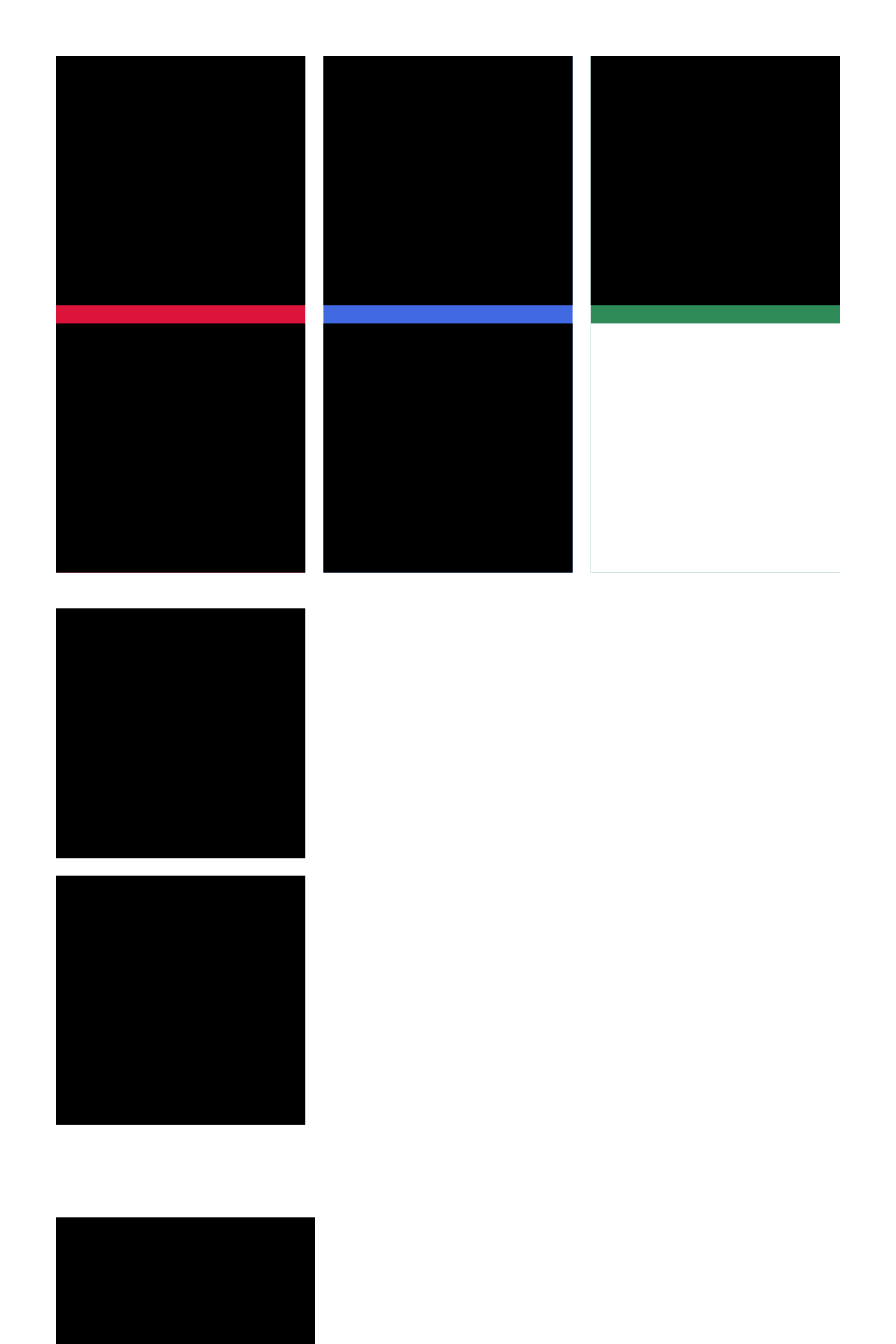
Repository: brunrhb/oce-p
Page: index.html
The author's editor kept a copy of each file at every save. The page is drawn from the files as they stood at one save, then again after the next save.
The browser window is 1280 px wide. The pictures show the part of the page from y = 0 to 1920 px (the page is 2462 px tall before and 4725 px after), at 70% of full size.

Above is the page before, as saved 2025-06-14 18:32:55.
Console error: SyntaxError: Unexpected identifier 'C'

### index.html
<!DOCTYPE html>
<html lang="fr">
<head>
  <meta charset="UTF-8">
  <meta name="viewport" content="width=device-width, initial-scale=1.0">
  <title>Grid 3 colonnes avec placeholders</title>
  <link rel="stylesheet" href="styles.css">
  <script defer src="content.js"></script>
</head>
<body>

<div class="allproject">

<section PROJET 1 LIASONS VEGETALES>

  <div class="p1">
    <div class="grid-p1s1" id="partie1">

<div class="col-p1s1-1">
  <div class="media-block-p1s1">
    <div class="placeholder-p1s1"></div>
    <p class="credit" data-content="p1s1-credit1"></p>
  </div>

  <div class="media-block-p1s1">
    <div class="placeholder-p1s1"></div>
    <p class="credit" data-content="p1s1-credit2"></p>
  </div>
</div>

    <div class="col-p1s1-2">
      <div class="media-block-p1s1">
        <div class="placeholder-p1s1"></div>
        <p class="credit" data-content="p1s1-credit3"></p>
      </div>
      <div class="media-block-p1s1">
        <div class="placeholder-p1s1"></div>
        <p class="credit" data-content="p1s1-credit4"></p>
      </div>
    </div>

    <div class="col-p1s1-3">
      <div class="media-block-p1s1">
        <div class="placeholder-p1s1"></div>
        <p class="credit" data-content="p1s1-credit5"></p>
      </div>
     <div class="text-block-p1s1">
       <p class="protocole-titre" data-content="p1s1-protocole-titre"></p>
       <p class="protocole-corps" data-content="p1s1-protocole-corps"></p>
    </div>

  </div>

    </div>
    <div class="grid-p1s2" id="partie2">

  <div class="col-p1s2-1">
    <div class="media-block-p1s2-1">
    <div class="placeholder-p1s1"></div>
      <div class="media-block-p1s2-2">
      <div class="placeholder-p1s1"></div>
      <p class="credit" data-content="p1s2-credit"></p>
    </div>
    </div>
  </div>

  <div class="col-p1s2-2">
      <div class="text-block-p1s2">
        <p class="extrait" data-content="p1s2-extrait1"></p>
      </div>
  </div>

  <div class="col-p1s2-3">
      <div class="text-block-p1s2">
        <p class="extrait" data-content="p1s2-extrait2"></p>
      </div>

  </div>



    </div>
  </div>

</section>

<section PROJET 2 PAENSER>

  <div class="p2">
    <div class="grid-p2">

       <div class="col-p2-1">
        <div class="media-block-p2">
          <div class="placeholder-p2"></div>
          <div class="credit-p2" data-content="p2-credit"></div>
        </div>
        <div class="text-block-p2">
          <div class="protocole-titre-p2" data-content="p2-protocole-titre"> </div>
          <div class="protocole-corps-p2" data-content="p2-protocole-corps"> </div>
          <div class="lien-p2">
            <a href="https://vimeo.com/851968568?share=copy">Lien vidéo</a>
          </div>
        </div>
       </div>

       <div class="col-p2-2">
          <div class="extrait" data-content="p2-extrait"></div>
       </div>



    </div>
  </div>

</section>

<section RPOJET 3 DES NORMES AUX MORNES : MARRONNER EN SOI>

  <div class="p3">
    <div class="grid-p3">
      <div class="col-p3-1">
        <div class="text-block-p3-1">
          <div class="intro" data-content="p3-intro"></div>
          <div class="autre-corps" data-content="p3-autre-corps-1"> </div>
          <div class="biblio" data-content="p3-biblio"> </div>
        </div>
      </div>

      <div class="col-p3-2">
        <div class="text-block-p3-2">
          <div class="autre-corps" data-content="p3-autre-corps-1"> </div>
          <div class="media-block-p3">
            <div class="placeholder-p3"></div>
            <div class="placeholder-p3"></div>
          </div>

        </div>
      </div>

    </div>
  </div>
</section>

<section PROJET 4 GESTES POSSIBLEs>

<div class="p4">

<div class="grid-p4">

  <div class="col-p4-1">
    <div class="media-block-p4-1">
      <div class="credit" data-content="p4-credit"></div>
      <div class="placeholder-p4-1"></div>
    </div>
  </div>


  <div class="col-p4-2">
    <div class="placeholder-p4-2"></div>
    <div class="text-block-p4-1">
      <div class="intro" data-content="p4-intro"></div>
      <div class="autre-corps" data-content="p4-autre-corps-1"></div>
      <div class="lien" data-content="p4-lien"></div>
    </div>

  </div>


  <div class="col-p4-3">
    <div class="text-block-p4-2">
      <div class="protocole-titre" data-content="p4-protocole-titre"></div>
    </div>
  </div>

</div>
</div>

</section>

</section>

<section PROJET 5 LES MARGES FORCÉES>

  <div class="p5">
    <div class="grid-p5">

      <div class="col-p5-1">
        <div class="media-block-p5">
          <div class="placeholder-p5"></div>
          <div class="credit" data-content="p5-credit"></div>
        </div>
        <div class="text-block-p5-1">
        <div class="intro" data-content="p5-intro"></div>
        <div class="autre-corps" data-content="p5-autre-corps-1"></div>
        <div class="lien" data-content="p5-lien"></div>
        </div>
      </div>

      <div class="col-p5-2">
        <div class="extrait" data-content="p5-extrait"></div>
      </div>

    </div>
  </div>

</section>

<section PROJET 6 HIER C'EST DÉJÀ DEMAIN>

<div class="p6">
<div class="grid-p6">

  <div class="col-p6-1">
    <div class="media-block-p6-1">
      <div class="placeholder-p6-1"></div>
      <div class="credit" data-content="p6-credit-1"></div>
    </div>

    <div class="col-p6-2">
      <div class="autre-corps" data-content="p6-autre-corps-1"></div>
      <div class="text-block-p6-1">
        <div class="autre-corps" data-content="p6-autre-corps-2"></div>
        <div class="media-block-p6-2">
          <div class="placeholder-p6-2"></div>
          <div class="credit" data-content="p6-credit-2"></div>
        </div>
      </div>

    </div>

  </div>

</div>

</div>

</section>

<section PROJET 7 NOUS SOMMES LE PAYSAGE >

<div class="p7">

  <div class="grid-p7s1" id="partie1">

    <div class="col-p7s1">
      <div class="media-block-p7s1">
        <div class="placeholder-p7s1"></div>
        <div class="placeholder-p7s1"></div>
        <div class="placeholder-p7s1"></div>
        <div class="credit" data-content="p7s1-credit"></div>
      </div>

          <div class="col-p7s1">
        <div class="placeholder-p7s1"></div>
        <div class="placeholder-p7s1"></div>
        <div class="placeholder-p7s1"></div>
    </div>

              <div class="col-p7s1">
        <div class="placeholder-p7s1"></div>
        <div class="placeholder-p7s1"></div>
        <div class="placeholder-p7s1"></div>
    </div>

    <div class="grid-p7s2" id="partie2">

      <div class="row-p7s2-1">
        <div class="placeholder-p7s2"></div>
        <div class="placeholder-p7s2"></div>
        <div class="placeholder-p7s2"></div>
        <div class="media-block-p7s2">
          <div class="placeholder-p7s2"></div>
          <div class="credit" data-content="p7s2-credit-1"></div>
        </div>

      <div class="row-p7s2-2">
        <div class="text-block-p7s2-1">
          <div class="extrait" data-content="p7s2-extrait1"></div>
          <div class="credit" data-content="p7s2-credit-2"></div>
        </div>
        <div class="text-block-p7s2-2">
          <div class="extrait" data-content="p7s2-extrait2"></div>
        </div>
        <div class="text-block-p7s2-3">
          <div class="trait"></div>
          <div class="protocole-titre" data-content="p7s2-protocole-titre"></div>
          <div class="protocole-corps" data-content="p7s2-protocole-corps"></div>
        </div>
      </div>


      </div>
    </div>

  </div>

</div>

</section>

<section PROJET 8 NYAZE>

<div class="p8">

<div class="grid-p8">

  <div class="col-p8-1">
    <div class="text-block-p8">
      <div class="extrait" data-content="p8-extrait"></div>
      <div class="trait"></div>
      <div class="protocole-titre" data-content="p8-protocole-titre"></div>
      <div class="protocole-corps" data-content="p8-protocole-corps"></div>
    </div>
  </div>

  <div class="col-p8-2">
    <div class="media-block-p8">
      <div class="placeholder-p8"></div>
      <div class="credit" data-content="p8-credit"></div>
    </div>
  </div>

</div>

</div>

</section>

 </div>

</body>
</html>

### content.js
const content = {};

// #region PROJET1

// #region p1s1
content["p1s1-credit1"] = "2024 ©La Nature Festival Liège";
content["p1s1-credit2"] = "2024 ©La Nature Festival Liège";
content["p1s1-credit3"] = "2022 ©ESA Réunion";
content["p1s1-credit4"] = "2022 ©ESA Réunion";
content["p1s1-credit5"] = "2022 workshop @Salazie";

content["p1s1-protocole-titre"] = "Protocole :";
content["p1s1-protocole-corps"] = `
  En pleine nature, dans un jardin,<br>
  ou n’importe où avec de la nature mobile.<br>
  Face aux regardeur.euses,<br>
  établir une connexion visuelle<br>
  avec chaque personne.<br>
  Tourner le dos, s’agenouiller et crier...<br>
  Crier tout ce que je peux,<br>
  tout ce qui est coincé, tout ce qui doit sortir.<br>
  Aller à la rencontre du végétal, l’enlacer,<br>
  prendre ma place contre la sienne<br>
  et lui raconter mes mots tendres.
`;
// #endregion

// #region p1s2
content["p1s2-credit"] = "2022 @ESA Réunion";

content["p1s2-extrait1"] = `
  "Nos corps sont des révolutions<br>
Nos corps sont des révolutions,<br>
Ma sœur<br><br>

T’effleurer<br>
me rappelle les guerres qui nous traversent<br>
et les narrations qui nous diluent.<br>
Encore et encore, il faudra crier<br>
du silence dans lequel on voudrait nous maintenir.<br><br>

Être contre toi me rappelle que les écosystèmes<br>
ne sont pas seulement des lieux que nous habitons<br>
mais des milieux que nous abritons.<br>
Je me souviens de nos différentes alliances<br>
et je pressens celles que nous devons retisser.<br><br>

Car ce sont ces alliances<br>
qui nous ont permise de survivre,<br>
d’être là, dignes et en vie :<br>
la connaissance de notre puissance<br>
et de notre capacité à résister par<br>
les réseaux discrets mais pérennes<br>
que nous avons su fabriquer.<br><br>

Nos corps sont des révolutions<br>
Nos corps sont des révolutions,<br>
Ma sœur<br><br>

Chaque jour, les structures rigides de mon quotidien<br>
me rappellent ce système absurde dans lequel je vis.
 `;
content["p1s2-extrait2"] = `
Tout comme, chaque jour,<br>
mon existence et celle du vivant<br>
rappellent à ce système<br>
qu’il peut toujours en être autrement.<br>
Chaque jour,<br>
nous lui rappelons que peu importe la haine<br>
et l’acharnement qu’il déploie,<br>
il en va déjà autrement.<br><br>

Chaque jour, parce que je suis là<br>
et que tu es là, en vie,<br>
nous lui rappelons qu’à l’intérieur du “nous”,<br>
des multitudes de mondes possibles<br>
sont déjà en train d’exister.<br><br>

Chaque jour, mon existence<br>
et celle du vivant rappellent à ce système<br>
que son monde est un paradigme fictionnel.<br>
Chaque jour, nous lui faisons sentir à notre tour<br>
que le propre d’un paradigme c’est de changer :<br>
d’être remplacé, déplacé ou ré-inventé.<br><br>

Chaque jour, le “nous” que nous faisons apparaître,<br>
conteste cet ordre du monde.<br><br>

Te nommant sœur,<br>
Je questionne mon statut d’aimante<br>
En rêvant d’une sororité étendue<br><br>

Pour devenir la moitié, ta compagne<br><br>

Serrer & semer Ensemencer nos devenirs<br><br>

Je sais qu’il faudra du temps, [...]";
 `;
// #endregion

// #endregion



// #region PROJET2
content["p2-credit"] = "25.04.2024 @La Balsamine";
content["p2-protocole-titre"] = "Protocole :";
content["p2-protocole-corps"] = `Le texte est peint sur du tulle. Il est structuré sur la répétition, revenant à chaque fois sur lui-même. À l’intérieur de cette spirale, se glisse par instant une ouverture, une respiration. Le texte tourne sur lui-même jusqu’à ce que je le déchire. J’utilise ensuite ces morceaux de tissus pour réaliser un pansement avec de l’argile que je viens appliquer sur ma poitrine.`;
content["p2-lien"] = "https://vimeo.com/951968568?share=copy";
content["p2-extrait"] = `Extrait du texte : <br> <br> Tu la sens cette palpitation dans tes profondeurs ? la peur. J’ai peur que mes mots se mettent à sonner creux à force d’être répétés. Qu’ils deviennent un lent refrain, lassant, et lancinant. Je sais bien qu’ils doivent l’être ; dits et redits, encore et encore.<br><br>J’ai peur de me mettre à sonner creux, de ne plus trouver de résonances, ni au dehors, ni dans mon corps à force de dire l’injustice et d’expliquer la colère.<br><br>Car à chaque fois, je sens le dedans de ma peau s’éroder. Je sens les marées qu’elles provoquent se fracasser contre mes propres falaises. Elles s’effritent à chaque fois un peu plus, et les abris avec elles.<br><br>À chaque fois que je dis : Ma colère est politique parce qu’elle est personnelle au pluriel. À chaque fois que je dis : Ma colère a le goût du fer et l’odeur du sang de celles et ceux à qui l’on continue de refuser l’accès à l’humanité. À chaque fois que je dis : Ma colère s’enracine dans les océans qui sont aussi des cimetières.<br><br>À chaque fois, je sens le dedans de ma peau s’éroder. Je sens les marées qu’elles provoquent se fracasser contre mes propres falaises. Elles s’effritent à chaque fois un peu plus, et les abris avec elles.<br><br>Aujourd’hui, je veux te dire que ma colère est une lame dont les deux extrémités sont aiguisées. L’utiliser me blesse aussi. L’utiliser réveille la peur. La peur de me mettre à sonner creux à force de dire l’injustice et d’expliquer la colère.<br><br>Car à chaque fois, c’est un temps pour respirer que je m’enlève. À chaque fois, c’est une énième suffocation, et rares sont les moments où j’arrive à respirer, où les conditions du dehors me laissent le faire.<br><br>Un monde plus respirable, c’est ce que je veux. Mais pour ça, il faut dire l’injustice et expliquer la colère. Mais, à chaque fois que je répète : [...]`;
// #endregion

// #region PROJET3
content["p3-intro"] = `Comment les pratiques performatives peuvent-elles devenir des pratiques marronnes en se saisissant des interstices au sein des institutions ?;
content["p3-autre-corps-1"] = `C’est ce qui m’a amenée à m’intéresser au marronnage comme phénomène social et comme pratique d’empowerment. Historiquement, le marronnage apparaît à l’époque coloniale en devenant une manière de s’opposer et de résister au régime esclavagiste, par la fuite. À défaut de pouvoir fuir vers l’extérieur, c’est une fuite dans l’intérieur des terres, notamment dans les “mornes”. Mon intérêt pour le marronnage tient au fait qu’il fut un choix pour la vie dans un système mortifère. Ce déplacement dans le champ de la performance a pour but de revaloriser et de revitaliser nos capacités à résister, à prendre soin et à ressentir. J’ai choisi de travailler avec les institutions comme des collaboratrices. Cette approche m’a permis de dépasser les positions binaires de la critique institutionnelle, pour se demander comment apprendre d’un lieu pour pouvoir s’en défendre.`;
content["p3-biblio"] = `MARBOEUF, O. (2022), *Suites décoloniales : S’enfuir de la plantation*, Éditions du commun, Rennes, pp. 128–129.`;
// #endregion

// #region PROJET4
content["p4-credit"] = "01.02.2023 @WIELS, Bruxelles";
content["p4-intro"] = `Ce travail consiste à chercher des moyens de se frayer un chemin dans l’institution, en y portant les questions cultivées dans l’école.`;
content["p4-autre-corps-1"] = `Cela a été mis en place par le protocole de “visite sorcière” de l’action Gestes possibles.`;
content["p4-lien"] = `https://youtu.be/ljeI98at6VI`;
content["p4-protocole-titre"] = `Protocole co-écrit avec Stevie Ango :
<ol>
<li>Porter des t-shirts arborant différentes questions adressées au musée.</li>
<li>Reproduire des gestes de soutien repris dans l’inventaire réalisés lors de la session d’expérimentation du mois passé.</li>
<li>L’arpentage du livre <i>L’art impossible</i> de Geoffroy de Lagasnerie, en lisant des extraits au groupe et aux personnes présentes.</li>
</ol>
Il vous sera demandé de toujours avoir dans votre champ de vision une personne du groupe.`;
// #endregion

// #region PROJET5
content["p5-credit"] = "16.06.2023 @Recyclart";
content["p5-intro"] = `Ce travail ne s’adressant pas aux institutions mais aux usager·ères de ces dernières, je me suis interrogée sur sa place et sa traduction dans un cadre non-institutionnel.`;
content["p5-autre-corps-1"] = `Ce qui a donné lieu à la performance <i>Les marges forcées</i>, dans laquelle j’investigue les possibilités du cabaret.`;
content["p5-lien"] = `https://youtube.com/shorts/2oIry71oKdk`;
content["p5-extrait"] = `Outsider, non pas par choix mais par impossibilité. Les marges sont forcées. Certes, le monde s’y construit aussi. Pourtant, comment cet “en dehors” qui est pourtant “ici” serait plus praticable ? Il n’y a pas un “hors les murs” qui nous attendrait les bras ouverts, prêt à accueillir le changement. Nos corps semblent avoir été faits pour encaisser et ils continuent de prendre des coups. Mais jusqu’à quand ? Il est important de changer les conditions de vie qui sont les nôtres. Que faire de ce maintenant qui ressemble à un sol glissant ? En sachant qu’il n’y a pas de main pour être rattrapé car celles qui le voudraient sont en train de tâtonner à leur propre survie. Pourtant, je ne doute pas de notre capacité à déplacer des montagnes. En réalité, c’est ce que nous sommes déjà toustes en train de faire.`;
// #endregion

// #region PROJET6
content["p6-credit-1"] = "@FRAC Réunion 2022";
content["p6-autre-corps-1"] = `Hier c’est déjà demain a été réalisé au Pavillon Martin du FRAC Réunion avec Amandine Benintendi. Ce temps de création au FRAC a permis de questionner le “faire mémoire”.`;
content["p6-autre-corps-2"] = `En utilisant l’archivage comme un médium, le projet le met en tension dans une approche transversale. Celle-ci se saisit des aspects performatifs du texte, du textile, et de leur interdiscursivité. Il en a résulté une installation de grands panneaux de tulles sur lesquels étaient peints des fragments de texte. Leurs dispositions dans l’espace structuraient le lieu et invitaient à la déambulation, comme au touché.`;
content["p6-credit-2"] = `Vue de l’installation avec Amandine Benintendi @FRAC Réunion`;
// #endregion

// #region PROJET7
content["p7s1-credit"] = `Extraits de captation - ESAR 2022`;
content["p7s2-credit-1"] = `Présentée à LALANBIK (centre chorégraphique de l’Océan Indien)`;
content["p7s2-credit-2"] = `Avec Thabo Kobeli`;
content["p7s2-extrait1"] = `À toutes les personnes qui ont été forcées au déplacement. La perte est dans mes gènes. Je suis faite de nos départs : En ruine et en tension. À toutes les personnes qui ont appris à laisser, qui sont nées arrachées, qui en ont fait une force.`;
content["p7s2-extrait2"] = `À toustes celleux qui sont le mouvement. Qui ne s’enracinent nulle part. Qui font des impensés la vie même. Aucun de nos trajets ne reste silencieux. À celleux qui sont adapté·es aux fluctuations, aux migrations qui avancent avec les changements du monde. Il faudra continuer d’ensemencer, porter aux vents et par tous temps, repartir à chaque fois, jamais pour de bon, mais rester en effusion.`;
content["p7s2-protocole-titre"] = `Protocole :`;
content["p7s2-protocole-corps"] = `Sur le sol est déroulée une bande de papier blanc. Cette bande traverse la salle dans sa longueur. À l’extrémité droite se trouve un monticule de sable noir. Poignée après poignée, je transporte le sable dans le creux de mes mains. Lentement, l’îlot s’érige à l’opposé. Il s’agit alors de recommencer, encore et encore, jusqu’à ce que le sillon soit foulé de mes pieds nus.`;
// #endregion

// #region PROJET8
content["p8-extrait"] = `Seulement, ma romance sous l’Équateur a lieu au Gol. On aura beau chercher, ça a l’air de tout sauf d’une carte postale, tout y est vrai. Les chiens errants traînent la patte sous la chaleur. En fond, les cris d’enfants. Il y a des gens qui vivent et qui attendent, des chaises en plastique et des objets abandonnés. Le temps s’étire et tire en longueur. La vie s’allonge, les gestes sont lents. Et toujours la même rengaine : le jour puis la nuit, la nuit puis le jour. Pourtant on est toujours surpris. Coincé entre terre et mer, entre aujourd’hui et demain. Un jour quelque chose a changé. Je ne cherchais plus le soleil, j’attendais les nuages.`;
content["p8-protocole-titre"] = `Procédure :`;
content["p8-protocole-corps"] = `Déclamer le texte en triant du riz, face aux spectateur·ices. Réappropriation d’un geste vu de nombreuses fois chez les femmes de ma famille.`;
content["p8-credit"] = `Nyaze & Agency © David Garcia`;
// #endregion



// #region injection
window.addEventListener("DOMContentLoaded", () => {
  Object.entries(content).forEach(([key, value]) => {
    const el = document.querySelector(`[data-content="${key}"]`);
    if (el) el.innerHTML = value;
  });
});
// #endregion

Loaded but not shown: styles.css (476 lines, source omitted)

After the next save:
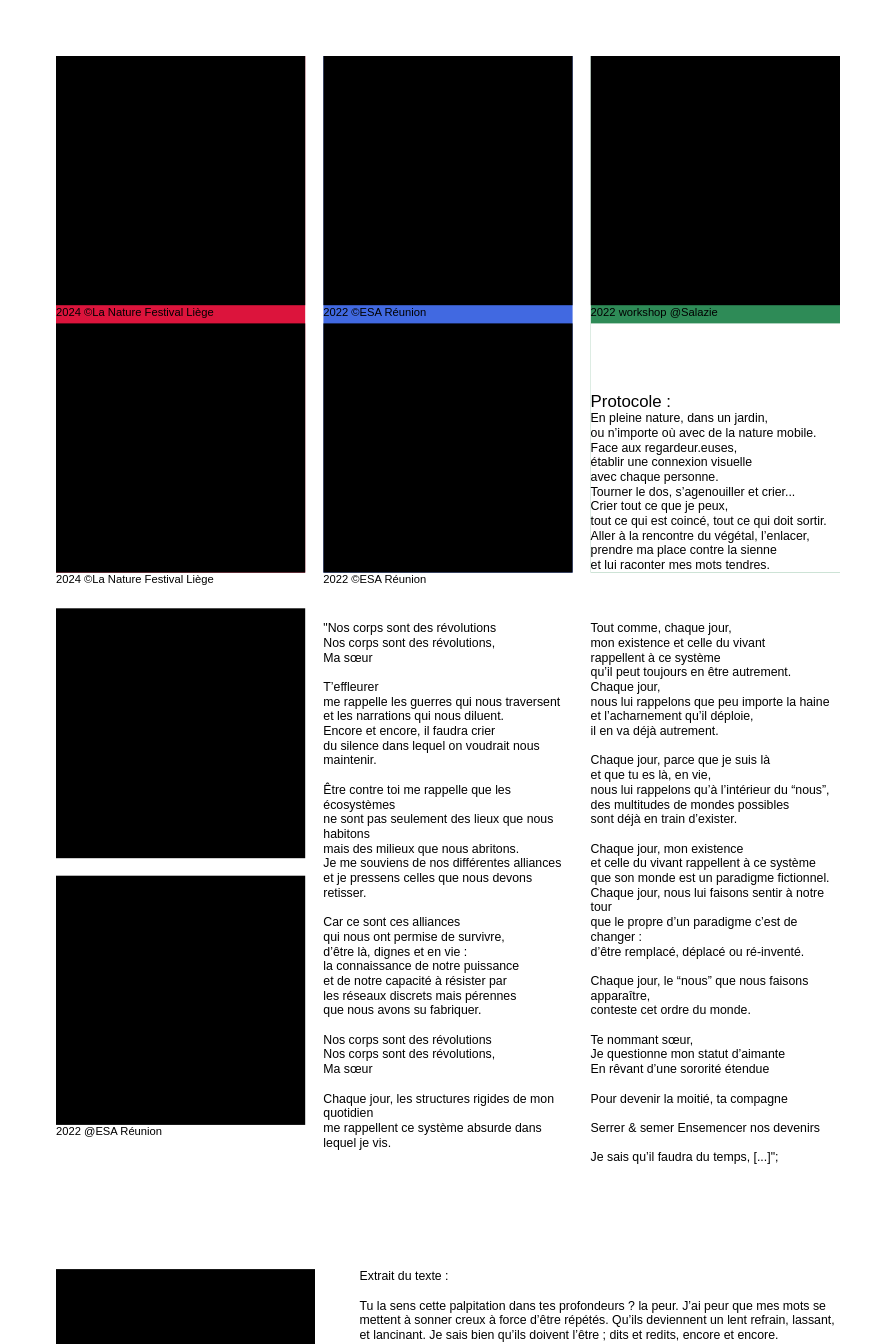
The error is gone.
Saved 23 s later.
--- a/content.js
+++ b/content.js
@@ -111,7 +111,7 @@ content["p2-extrait"] = `Extrait du texte : <br> <br> Tu la sens cette palpitati
 // #endregion
 
 // #region PROJET3
-content["p3-intro"] = `Comment les pratiques performatives peuvent-elles devenir des pratiques marronnes en se saisissant des interstices au sein des institutions ?;
+content["p3-intro"] = `Comment les pratiques performatives peuvent-elles devenir des pratiques marronnes en se saisissant des interstices au sein des institutions ?`;
 content["p3-autre-corps-1"] = `C’est ce qui m’a amenée à m’intéresser au marronnage comme phénomène social et comme pratique d’empowerment. Historiquement, le marronnage apparaît à l’époque coloniale en devenant une manière de s’opposer et de résister au régime esclavagiste, par la fuite. À défaut de pouvoir fuir vers l’extérieur, c’est une fuite dans l’intérieur des terres, notamment dans les “mornes”. Mon intérêt pour le marronnage tient au fait qu’il fut un choix pour la vie dans un système mortifère. Ce déplacement dans le champ de la performance a pour but de revaloriser et de revitaliser nos capacités à résister, à prendre soin et à ressentir. J’ai choisi de travailler avec les institutions comme des collaboratrices. Cette approche m’a permis de dépasser les positions binaires de la critique institutionnelle, pour se demander comment apprendre d’un lieu pour pouvoir s’en défendre.`;
 content["p3-biblio"] = `MARBOEUF, O. (2022), *Suites décoloniales : S’enfuir de la plantation*, Éditions du commun, Rennes, pp. 128–129.`;
 // #endregion
